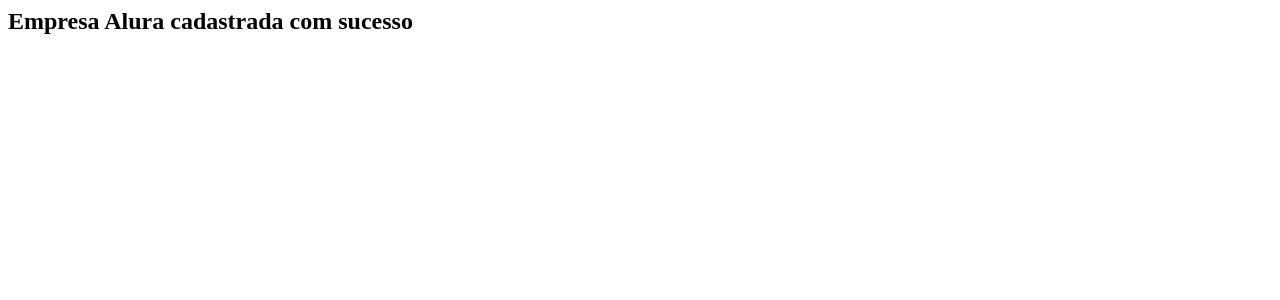
Repository: AnnaLutw/servletAlura
Page: http://localhost/gerenciador/novaEmpresaCriada.jsp
These files come from the project's save history. The page is drawn as it stood at one moment and after the next save; the edit follows.
The browser window is 1280 px wide. The pictures show the whole page.
The page is served by Tomcat 10. Other server files are loaded and not shown.

Above is the page before, as saved 2023-03-08 19:26:49.

### gerenciador/src/main/webapp/novaEmpresaCriada.jsp
<%
String nomeEmpresa ="Alura";
System.out.println(nomeEmpresa);
%>


<html>
<body>
<h2>Empresa <%= nomeEmpresa %> cadastrada com sucesso</h2>
</body>
</html>

After the next save:
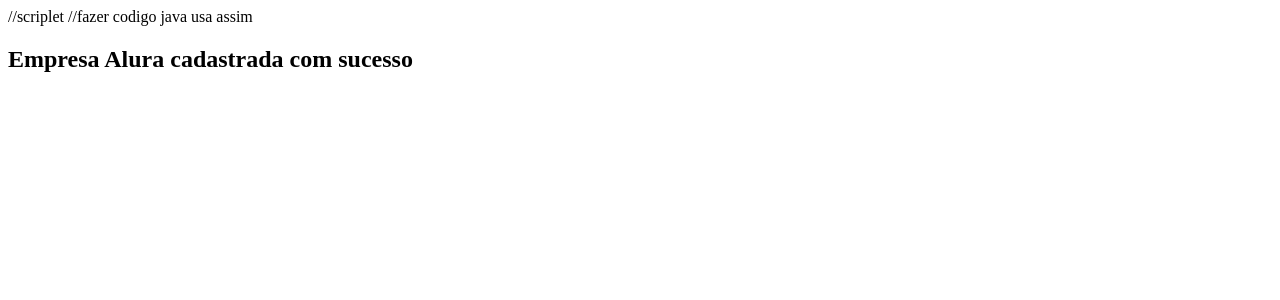
Saved 2 min 9 s later.
--- a/gerenciador/src/main/webapp/novaEmpresaCriada.jsp
+++ b/gerenciador/src/main/webapp/novaEmpresaCriada.jsp
@@ -1,3 +1,7 @@
+
+//scriplet
+
+//fazer codigo java usa assim
 <%
 String nomeEmpresa ="Alura";
 System.out.println(nomeEmpresa);

After the save that followed:
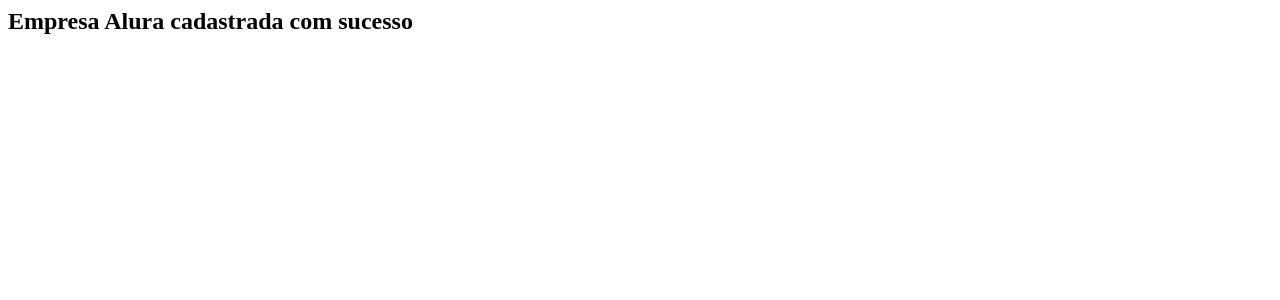
Saved 5 min 13 s later.
--- a/gerenciador/src/main/webapp/novaEmpresaCriada.jsp
+++ b/gerenciador/src/main/webapp/novaEmpresaCriada.jsp
@@ -1,7 +1,5 @@
 
-//scriplet
 
-//fazer codigo java usa assim
 <%
 String nomeEmpresa ="Alura";
 System.out.println(nomeEmpresa);
